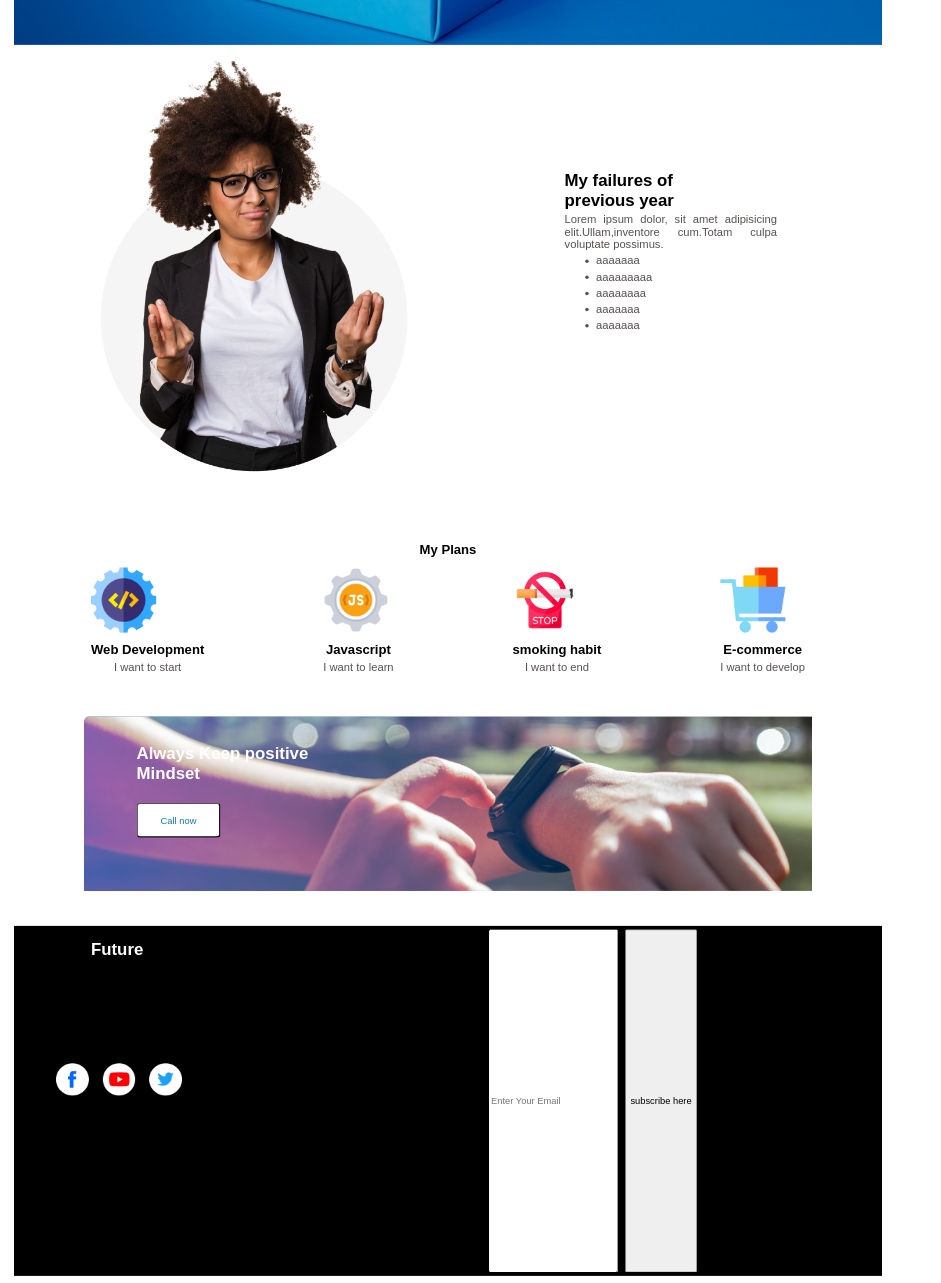
Repository: sadiaafsana138/All-Thinks-Are-Possible-Website
Page: index.html
These files come from the project's save history. The page is drawn as it stood at one moment and after the next save; the edit follows.
The browser window is 1280 px wide. The page is 1344 px wide, so the pictures cover 1344 px, including what lies to the right of the window. The pictures show the part of the page from y = 754 to 2594 px (the page is 2587 px tall before and 2594 px after), at 70% of full size.

Above is the page before, as saved 2023-01-08 13:56:06.

### index.html
<!DOCTYPE html>
<html lang="en">

<head>
    <meta charset="UTF-8">
    <meta http-equiv="X-UA-Compatible" content="IE=edge">
    <meta name="viewport" content="width=device-width, initial-scale=1.0">
    <title>First Website</title>
    <link rel="stylesheet" href="styles/web.css">
</head>

<body>
    <!-- header -->
    <header>
        <section class="section1">
            <div>
                <h1 id="head-text1">
                    All Thinks Are<br>Possible If You<br>believe
                </h1>
                <p id="head-text2">Lorem ipsum dolor sit consectetur adipisicing<br>elit.Veritatis quisquam
                    necessitatibus <br>quod rem vel modi laboriosam doloribus<br>laborum dolorem?
                </p>
                <button id="button1">
                    Contact Us
                </button>
            </div>
        </section>
    </header>
    <main>
        <!--second section-->
        <section class="section2">
            <div id="sec2details">
                <img id="sec2img" src="images/person.png" alt="person">
                <div id="sec2text">
                    <h2>
                        My failures of <br>
                        previous year
                    </h2>
                    <p class="text2">Lorem ipsum dolor, sit amet adipisicing
                        elit.Ullam,inventore cum.Totam culpa voluptate possimus.
                    <ul class="text2">
                        <li>aaaaaaa</li>
                        <li>aaaaaaaaa</li>
                        <li>aaaaaaaa</li>
                        <li>aaaaaaa</li>
                        <li>aaaaaaa</li>
                    </ul>
                    </p>
                </div>
            </div>
        </section>

        <!--section 3-->
        <section class="section3">
            <h3>
                My Plans
            </h3>
            <div id="sec3details">

                <div>
                    <img src="images/icons/web.png" alt="" ><br>
                    <H3>Web Development</H3>
                    <p class="text3">I want to start</p>
                </div>
                <div>
                    <img src="images/icons/js.png" alt="" ><br>
                    <H3>Javascript</H3>
                    <p class="text3">I want to learn</p>
                </div>
                <div>
                    <img src="images/icons/smoke.png" alt="" ><br>
                    <H3>smoking habit</H3>
                    <p class="text3">I want to end</p>
                </div>
                <div>
                    <img src="images/icons/ecom.png" alt="" ><br>
                    <H3>E-commerce</H3>
                    <p class="text3">I want to develop</p>
                </div>
            </div>
            <div id="mindset">

                <div id="mindsetxt">
                    <h1>Always Keep positive
                        <br>Mindset
                    </h1><br>
                    <button id="button2">Call now</button>
                </div>
            </div>
        </section>

    </main>
    <footer>
        <Section class="Footer">
            <div id="footerdetails">
                <h2>Future</h2><br>
                <p class="text4">Lorem ipsum dolor sit amet consectetur adipisicing elit.<br>Totam ullam accusamus sequi dolor dolores
                    suscipit dignissimos
                </p>
                <p class="text4">Email: XXXXXX@gmail.com</p>
                <P class="text4">phone-no: 01516656595</P><br>
                <ul>
                    <li><img src="images/icons/fb.png" alt=""></li>
                    <li><img src="images/icons/youtube.png" alt=""></li>
                    <li><img src="images/icons/twitter.png" alt=""></li>
                </ul>
            </div>
            <h3>subscribe</h3><br>
            <p>Enter Email:</p>
            <input type="email" placeholder="Enter Your Email">

            <br>
            <button>subscribe here</button>
            </div>
        </Section>
    </footer>
</body>

</html>

### styles/web.css
*{
margin: 5px 5px ;
font-family: Arial, Helvetica, sans-serif;
}
.section1{
    background-image:url(../images/banner/banner3.png);
    height: 808px;
    width:cover;
    background-repeat: no-repeat;
    background-color: blue;

}
#head-text1{
    color: white;
    padding-left: 50% ;
    padding-right:5%;
    padding-top: 20%;
    text-align: right;
    Font-style: Bold;
}
#head-text2{
    color: white;
    padding-left: 50% ;
    padding-right:5%;
    text-align: right;
}
#button1{
    margin-top: 10px;
    width: 160px;
    height: 56px;
    left: 640px;
    top: 438px;
    text-align: center;
    align-items: right;
    background: white;
    border-radius: 5px;
    margin-right: 150px;
    margin-left: 82%;
    align-content: right;
}
#sec2details{
    display: flex;
    width: 1000px;
    height: 700px;
    margin-left: 100px;
    margin-right: 100px;
}
#sec2img{
    align-items: center;

    margin-bottom:20%;
    height: 600px;
    width: 500px;
}
#sec2text{
        text-align: justify;
        margin-left:20%;
        margin-top: 17%;
        margin-bottom: 20%;
}
#sec2details ul.text2,p.text2{
    color:rgb(88, 81, 81);
    font-size:10;
}
.section3 h3{
    text-align: center;
}
#sec3details{
    display: flex;
    justify-content: space-between;
    margin-left: 100px;
    margin-right: 100px;
}
#sec3details p.text3{
    color:rgb(88, 81, 81);
    text-align: center;
}
#mindset{
    margin-left: 100px;
    margin-right: 100px;
    background-image: url(../images/gradient1.png) ,url(../images/watch.png);
    background-repeat: no-repeat, repeat;
    background-blend-mode:lighten;
    height: 250px;
}
#mindsetxt h1{
    text-align: left;
    margin-left: 70px;
    margin-top: 50px;
    padding-top: 40px;
    color: white;
}
#button2{
    margin-top: 5px;
    width: 120px;
    height: 50px;
    text-align: center;
    align-items: left;
    background: white;
    border-radius: 5px;
    margin-left: 70px;
    align-content:left;
    color: rgb(20, 124, 165);

}
.Footer{
    margin-top: 50px;
    height: 500px;
    width: cover;
    background-color: black;
    display: flex;
}
#footerdetails h2{
    padding-top: 10px;
    color: white;
    text-align:left;
    padding-left: 100px;
}
#footerdetails ul{
    display: flex;

}

After the next save:
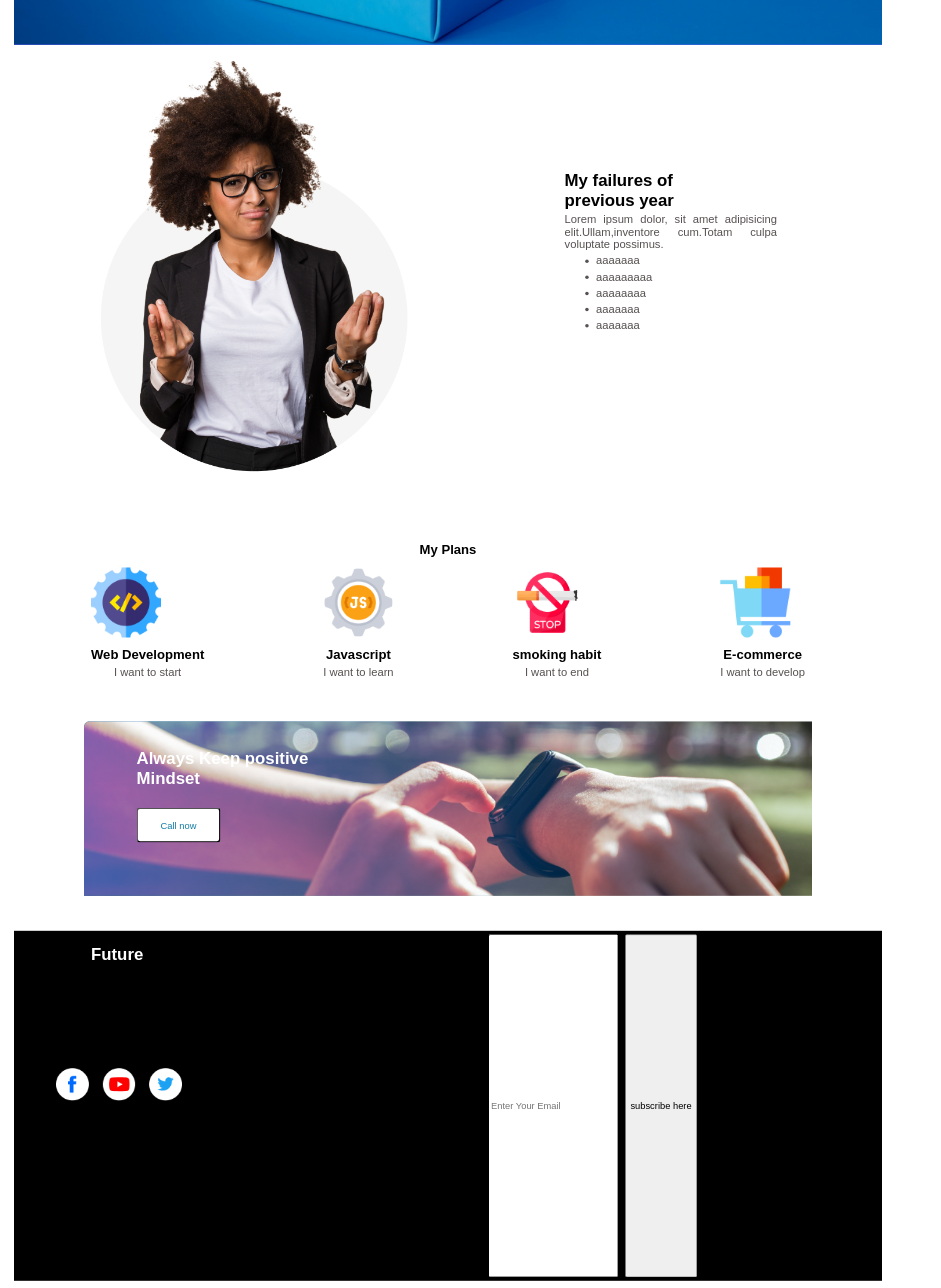
Saved 2 min 53 s later.
--- a/index.html
+++ b/index.html
@@ -58,22 +58,22 @@
             <div id="sec3details">
 
                 <div>
-                    <img src="images/icons/web.png" alt="" ><br>
+                    <img class="img3" src="images/icons/web.png" alt="" ><br>
                     <H3>Web Development</H3>
                     <p class="text3">I want to start</p>
                 </div>
                 <div>
-                    <img src="images/icons/js.png" alt="" ><br>
+                    <img class="img3" src="images/icons/js.png" alt="" ><br>
                     <H3>Javascript</H3>
                     <p class="text3">I want to learn</p>
                 </div>
                 <div>
-                    <img src="images/icons/smoke.png" alt="" ><br>
+                    <img class="img3" src="images/icons/smoke.png" alt="" ><br>
                     <H3>smoking habit</H3>
                     <p class="text3">I want to end</p>
                 </div>
                 <div>
-                    <img src="images/icons/ecom.png" alt="" ><br>
+                    <img class="img3" src="images/icons/ecom.png" alt="" ><br>
                     <H3>E-commerce</H3>
                     <p class="text3">I want to develop</p>
                 </div>
--- a/styles/web.css
+++ b/styles/web.css
@@ -75,6 +75,11 @@ font-family: Arial, Helvetica, sans-serif;
     color:rgb(88, 81, 81);
     text-align: center;
 }
+#sec3details img.img3{
+    align-items: center;
+    height: 100px;
+    width: 100px;
+}
 #mindset{
     margin-left: 100px;
     margin-right: 100px;
